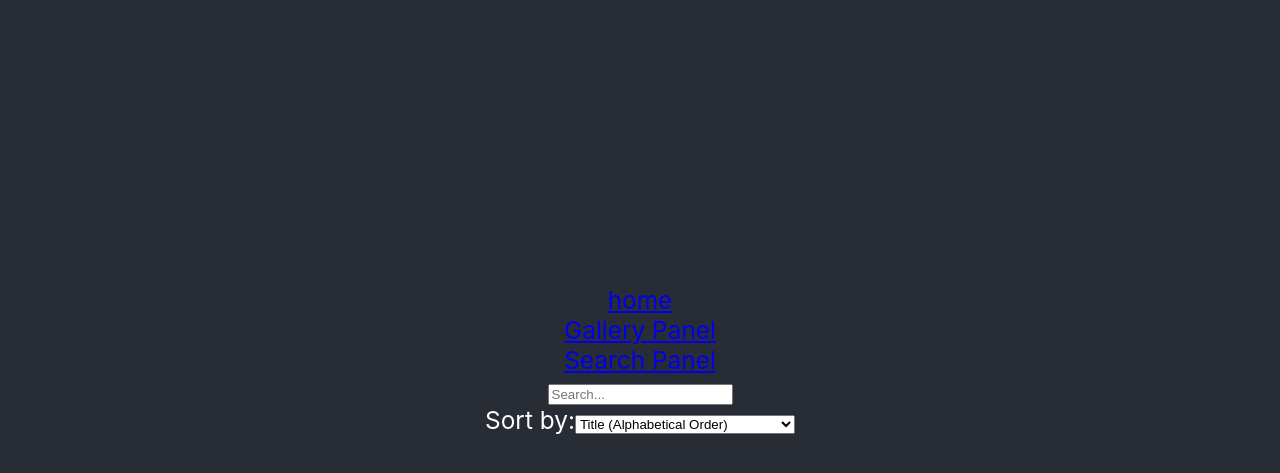
Repository: ZhengyuLi0929/ArtMuseum_ArtIC
Page: /list
These files come from the project's save history. The page is drawn as it stood at one moment and after the next save; the edit follows.
The browser window is 1280 px wide. The pictures show the whole page.
The project was rebuilt for these pictures with package versions that can differ from the ones it lists, and the page was loaded fresh each time. Also part of the build but not shown: src/home.tsx, src/gallery.tsx.

Above is the page before, as saved 2023-01-11 01:39:13.

After the next save:
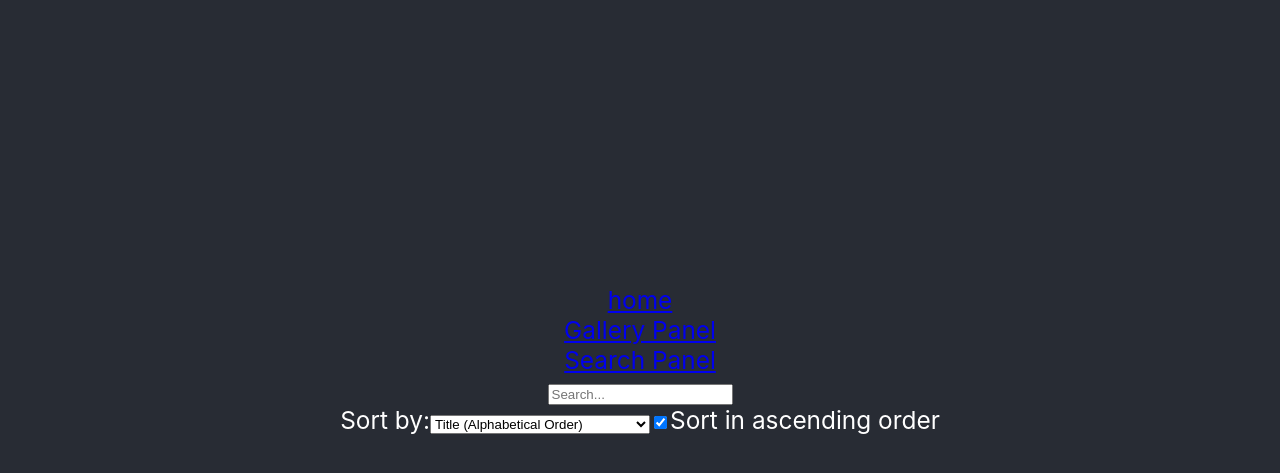
Saved 21 min 57 s later.
--- a/src/list.tsx
+++ b/src/list.tsx
@@ -15,6 +15,7 @@ interface State {
   searchTerm: string;
   searchResults: Image[];
   sortBy: 'title' | 'score';
+  isAscending: boolean;
 }
 
 const api = axios.create({ baseURL: 'https://api.artic.edu/api/v1/' });
@@ -25,39 +26,24 @@ class ListView extends React.Component<{}, State> {
     this.state = {
       searchTerm: '',
       searchResults: [],
-      sortBy: 'title'
+      sortBy: 'title',
+    isAscending: true,
     };
   }
 
   handleSortChange = (event: React.ChangeEvent<HTMLSelectElement>) => {
     this.setState({ sortBy: event.target.value as 'title' | 'score' });
-  }
-
-  handleSearch = async (event: React.ChangeEvent<HTMLInputElement>) => {
-    this.setState({searchTerm: event.target.value});
-
-    try {
-        const searchResponse = await api.get(`artworks/search?q=${this.state.searchTerm}&&fields=id,title,image_id&&limit=50`);
-        const searchResults = searchResponse.data.data.map((image: Image) => {
-          return {
-            id: image.id,
-            title: image.title,
-            image_id: image.image_id,
-            url: `http://www.artic.edu/iiif/2/${image.image_id}/full/843,/0/default.jpg`,
-            // date_start: artworkData.date_start,
-            _score: image._score
-          }
-        });
-        if (this.state.sortBy === 'title'){
-            searchResults.sort((a: Image, b:Image) => (a.title > b.title) ? 1 : -1);
-        }
-        else if (this.state.sortBy === 'score'){
-            searchResults.sort((a: Image, b:Image) => (a._score > b._score) ? 1 : -1);
-        }
-        this.setState({ searchResults });
-      } catch (error) {
-        console.log(error);
-      }
+    this.sortSearchResults();
+  }
+
+  handleSortOrderChange = () => {
+    this.setState({ isAscending: !this.state.isAscending });
+    this.sortSearchResults();
+  }
+
+//   = async (event: React.ChangeEvent<HTMLInputElement>) => {
+//     this.setState({searchTerm: event.target.value});
+
     // make the api call
     // try {
     //     const response = await api.get(`artworks/search?q=${this.state.searchTerm}&&fields=id,title,image_id&&limit=50`);
@@ -72,6 +58,48 @@ class ListView extends React.Component<{}, State> {
     // } catch (error) {
     //     console.log(error);
     // }
+
+
+  sortSearchResults = () => {
+    const { searchResults, sortBy, isAscending } = this.state;
+    let sortedSearchResults = [...searchResults];
+    if (sortBy === 'title') {
+      sortedSearchResults.sort((a, b) => {
+        if (isAscending) {
+          return a.title.localeCompare(b.title);
+        }
+        return b.title.localeCompare(a.title);
+      });
+    } else if (sortBy === 'score') {
+      sortedSearchResults.sort((a, b) => {
+        if (isAscending) {
+          return a.id - b.id;
+        }
+        return b.id - a.id;
+      });
+    }
+    this.setState({ searchResults: sortedSearchResults });
+  }
+
+
+  handleSearch = async (event: React.ChangeEvent<HTMLInputElement>) => {
+    this.setState({searchTerm: event.target.value});
+    try {
+        const searchResponse = await api.get(`artworks/search?q=${this.state.searchTerm}&&fields=id,title,image_id&&limit=50`);
+        const searchResults = searchResponse.data.data.map((image: Image) => {
+          return {
+            id: image.id,
+            title: image.title,
+            image_id: image.image_id,
+            url: `http://www.artic.edu/iiif/2/${image.image_id}/full/843,/0/default.jpg`,
+            // date_start: artworkData.date_start,
+            _score: image._score
+          }
+        });
+        this.setState({ searchResults });
+      } catch (error) {
+        console.log(error);
+      }
   }
 
   render() {
@@ -91,13 +119,21 @@ class ListView extends React.Component<{}, State> {
               <option value="score">score (a score assigned by ArtIC)</option>
             </select>
           </label>
+          <label>
+                <input
+                  type="checkbox"
+                  checked={this.state.isAscending}
+                  onChange={this.handleSortOrderChange}
+                />
+                Sort in ascending order
+              </label>
         </div>
         <div>
           {this.state.searchResults.map((result, index) => (
             <div key={result.id}>
               <h2>{result.title}</h2>
+              <h2>{result._score}</h2>
               <img src={result.url} height = "200" alt={result.title}/>
-              {this.state.sortBy === 'score' && <p>score: {result._score}</p>}
             </div>
           ))}
         </div>
